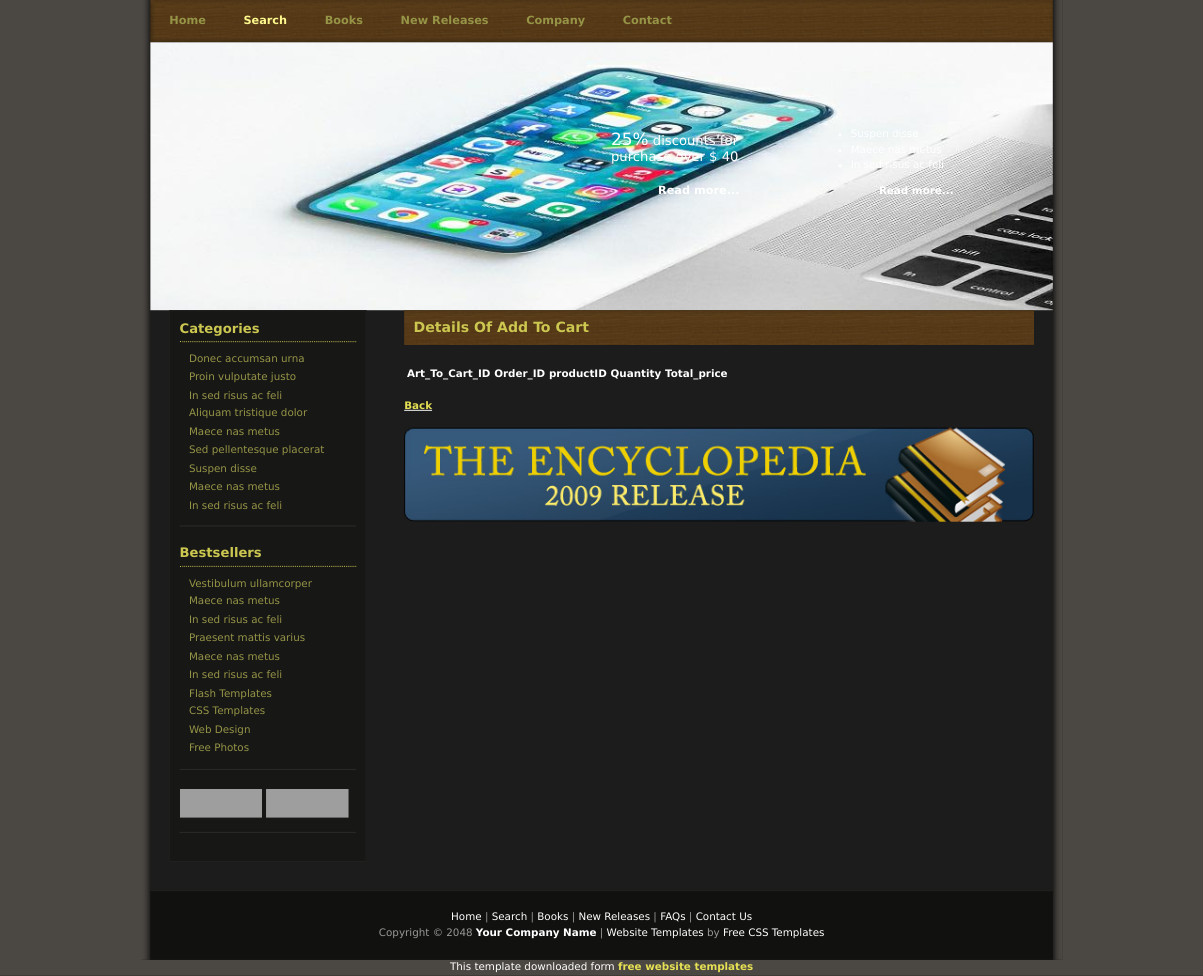
Repository: priyankamergu/MyAllProjects
Page: http://localhost/OnlineShopping/AddToCartShow.jsp
The author's editor kept a copy of each file at every save. The page is drawn from the files as they stood at one save, then again after the next save.
The browser window is 1280 px wide. The pictures show the whole page, at 94% of full size.
Pictures or frames that could not be fetched are drawn as grey boxes. The page is served by Tomcat 9.

Above is the page before, as saved 2019-11-25 10:25:17.

After the next save:
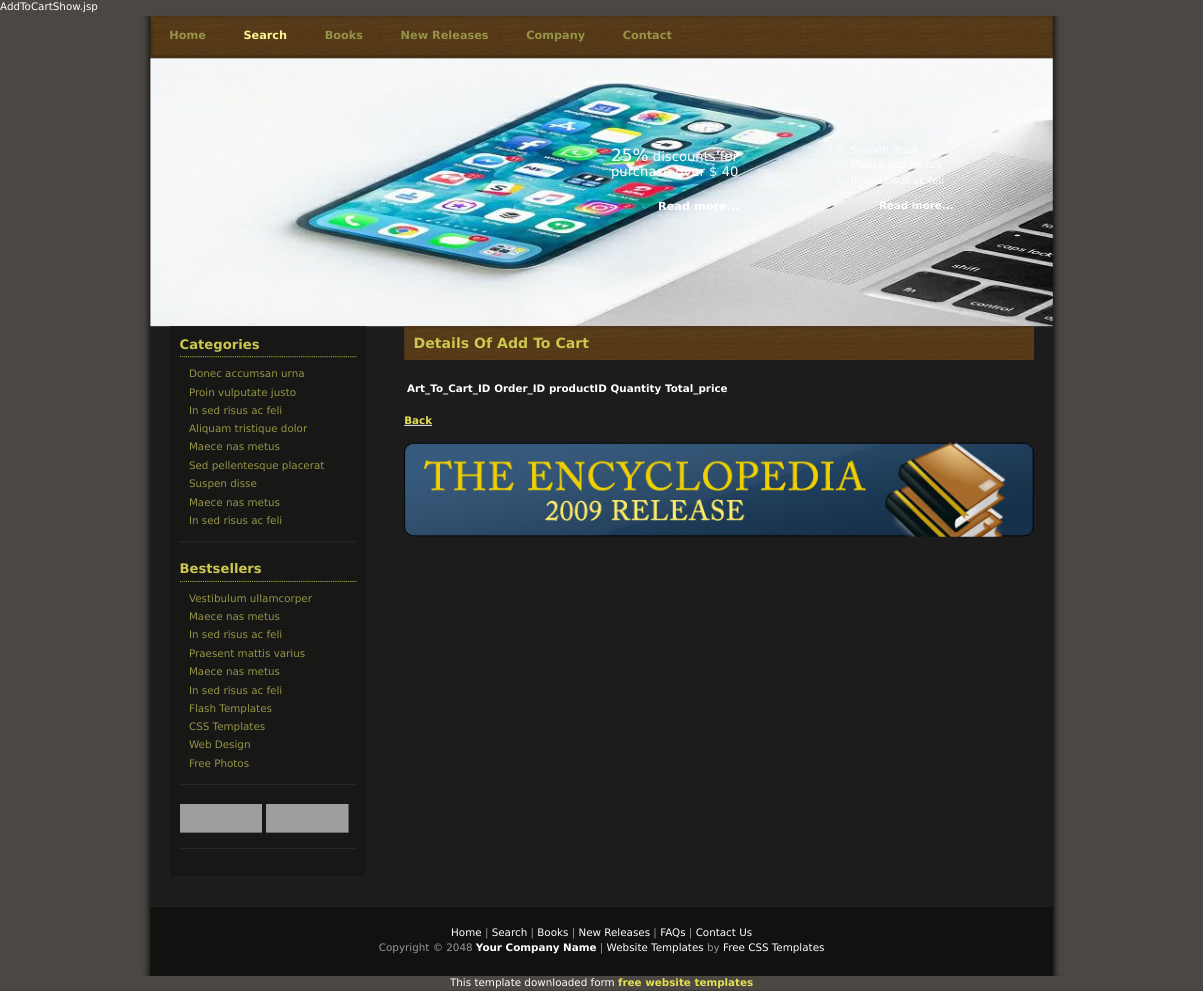
Saved 20 s later.
--- a/Workspace_JEE7_WEB/OnlineShopping/WebContent/AddToCartShow.jsp
+++ b/Workspace_JEE7_WEB/OnlineShopping/WebContent/AddToCartShow.jsp
@@ -4,7 +4,7 @@
 
 <%@page import="java.util.List"%>
 <html xmlns="http://www.w3.org/1999/xhtml">
-
+AddToCartShow.jsp
 <head>
 <meta http-equiv="Content-Type" content="text/html; charset=utf-8" />
 <title>Book Store Template, Free CSS Template, TemplateMo.com</title>

After the save that followed:
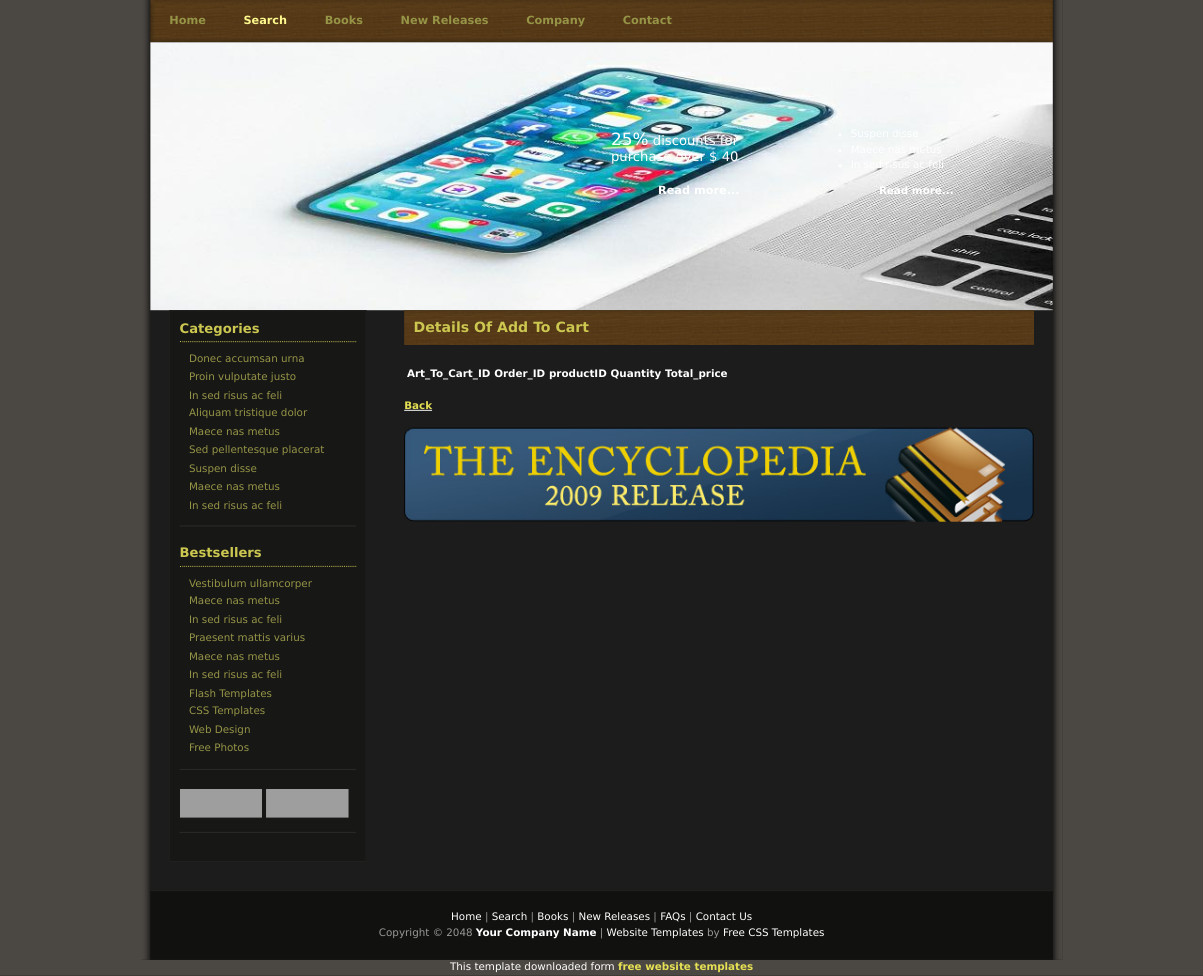
Saved 10 s later.
--- a/Workspace_JEE7_WEB/OnlineShopping/WebContent/AddToCartShow.jsp
+++ b/Workspace_JEE7_WEB/OnlineShopping/WebContent/AddToCartShow.jsp
@@ -4,7 +4,8 @@
 
 <%@page import="java.util.List"%>
 <html xmlns="http://www.w3.org/1999/xhtml">
-AddToCartShow.jsp
+<%@ taglib prefix="c" uri="http://java.sun.com/jsp/jstl/core"%>
+<%@ taglib prefix="fmt" uri="http://java.sun.com/jsp/jstl/fmt"%>
 <head>
 <meta http-equiv="Content-Type" content="text/html; charset=utf-8" />
 <title>Book Store Template, Free CSS Template, TemplateMo.com</title>
